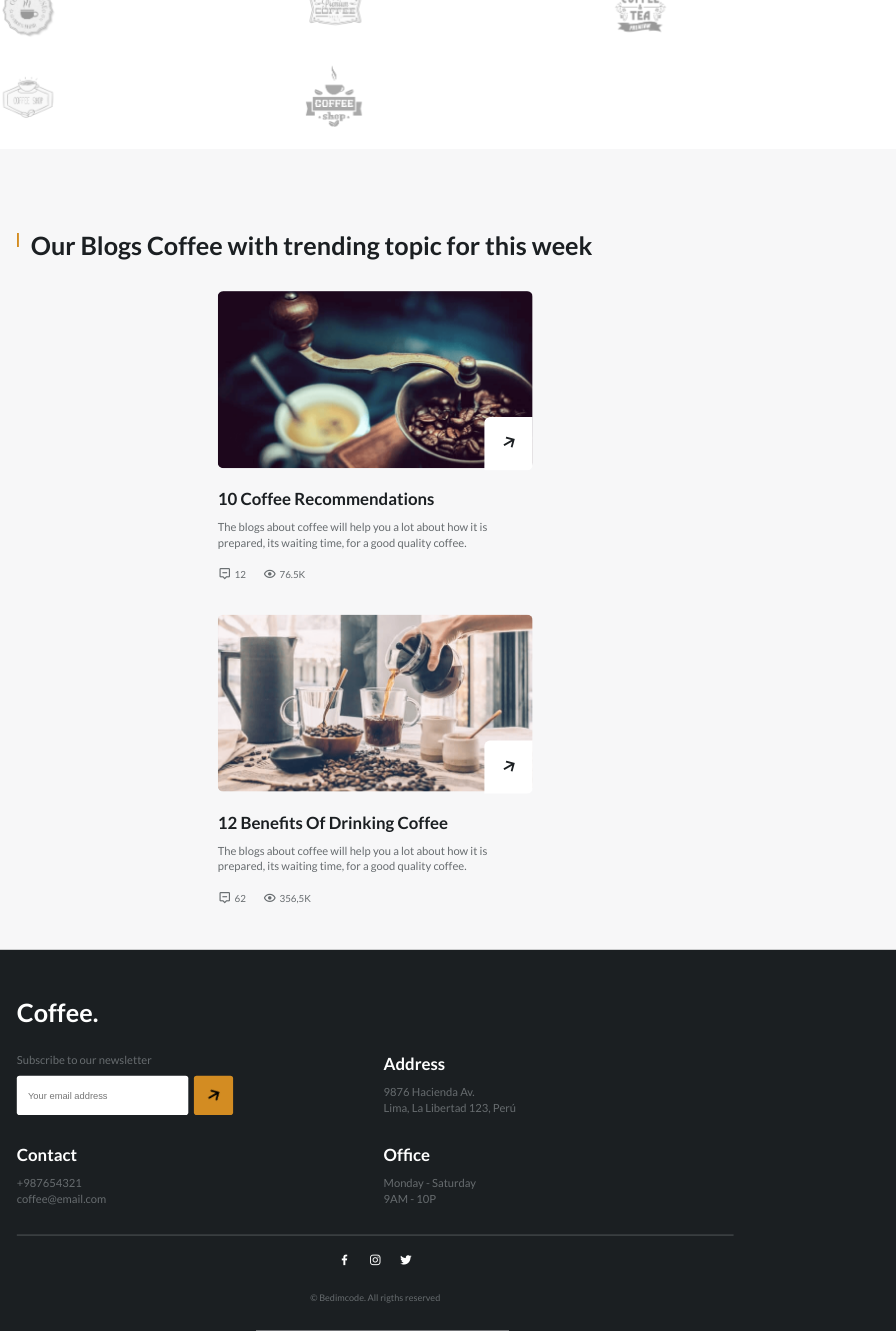
Repository: phong121020/coffee-responsive
Page: index.html
The author's editor kept a copy of each file at every save. The page is drawn from the files as they stood at one save, then again after the next save.
The browser window is 1280 px wide. The pictures show the part of the page from y = 3287 to 5207 px (the page is 5188 px tall before and 5207 px after), at 70% of full size.

Above is the page before, as saved 2022-03-08 17:31:08.

After the next save:
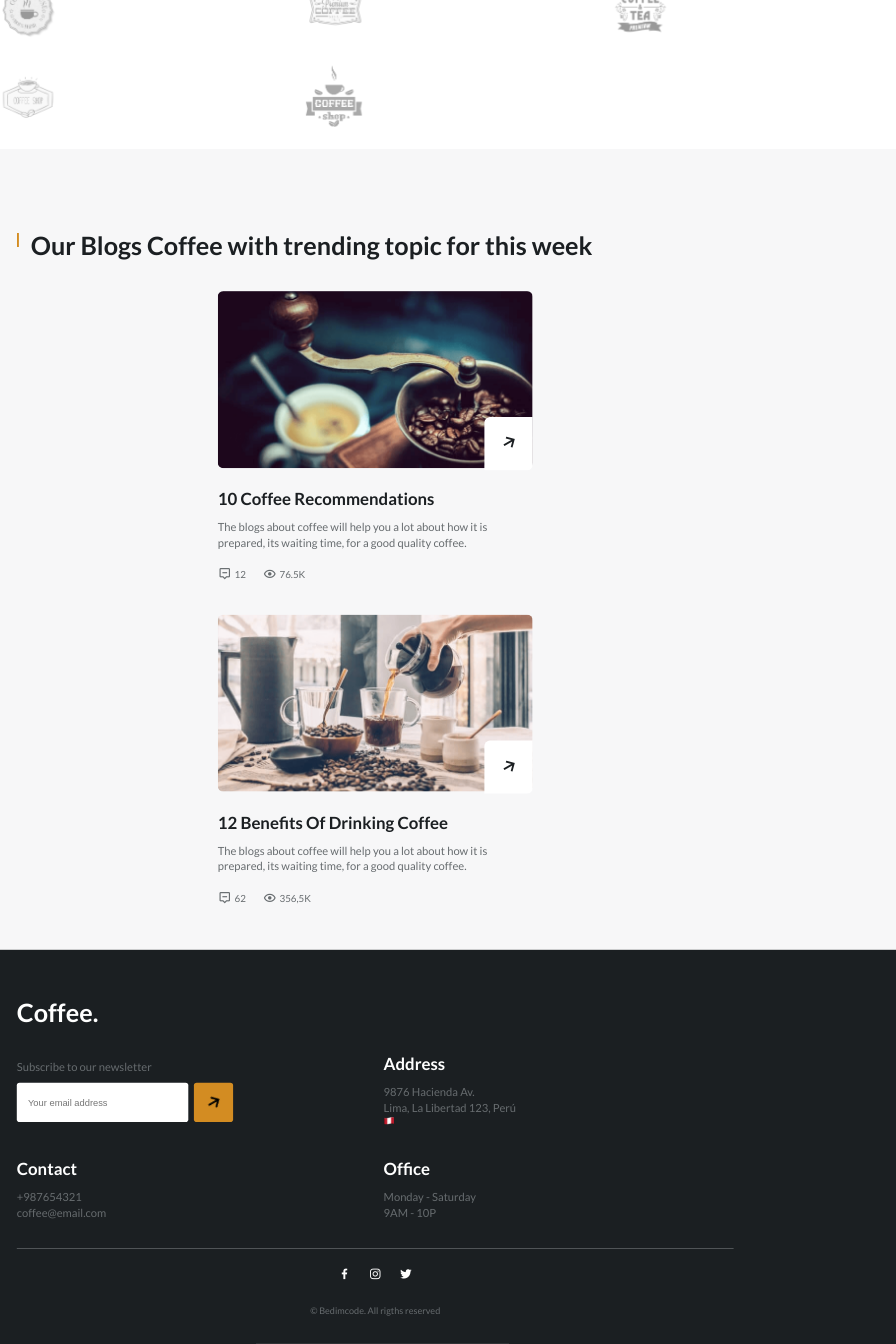
Saved 35 s later.
--- a/index.html
+++ b/index.html
@@ -483,6 +483,11 @@
                 9876 Hacienda Av. <br />
                 Lima, La Libertad 123, Perú
               </p>
+              <img
+                src="./assets/img/footerflag.png"
+                alt=""
+                class="footer__flag"
+              />
             </div>
 
             <div class="footer__data">

After the save that followed:
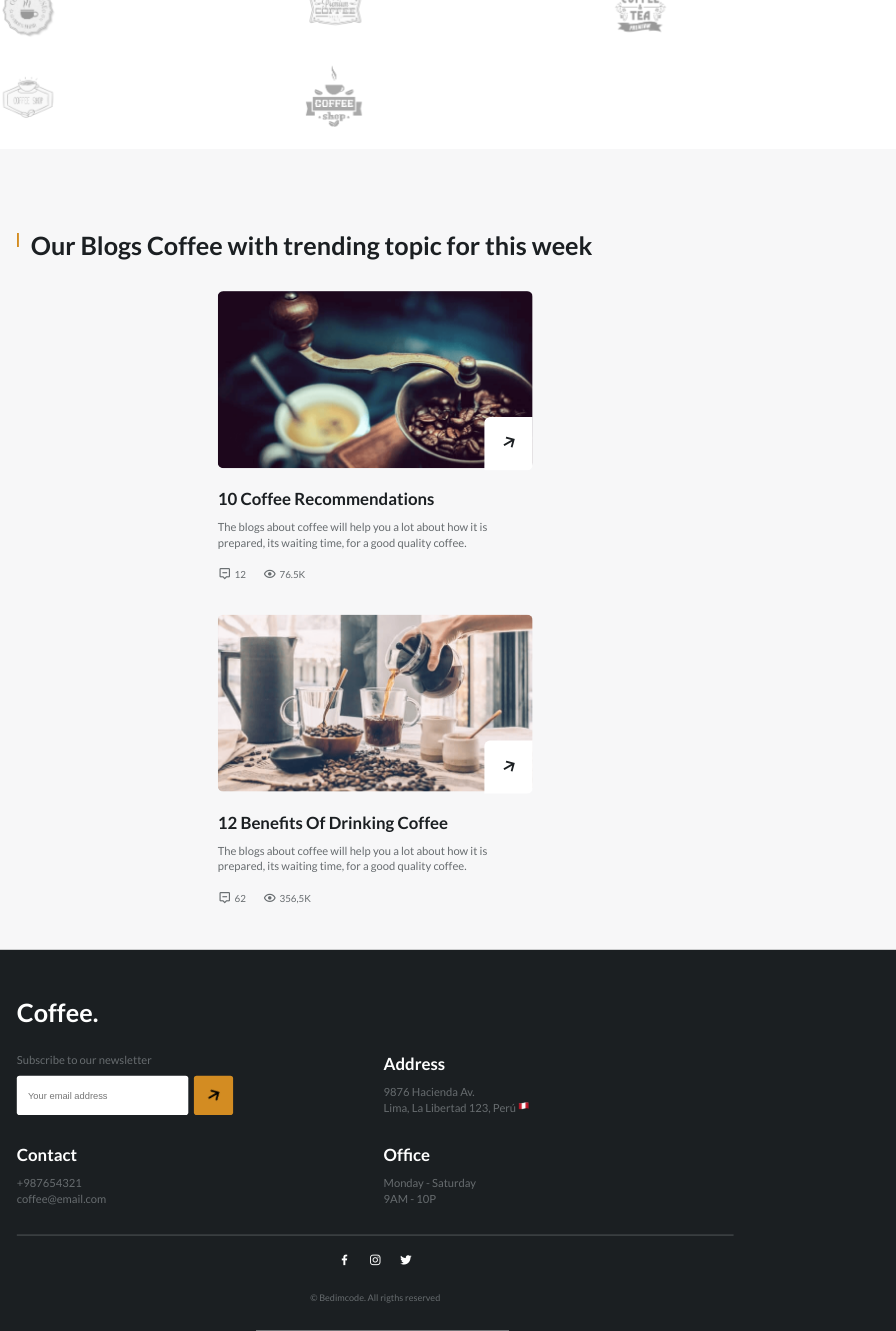
Saved 4 min 1 s later.
--- a/index.html
+++ b/index.html
@@ -482,12 +482,12 @@
               <p class="footer__information">
                 9876 Hacienda Av. <br />
                 Lima, La Libertad 123, Perú
-              </p>
-              <img
-                src="./assets/img/footerflag.png"
-                alt=""
-                class="footer__flag"
-              />
+                <img
+                  src="./assets/img/footerflag.png"
+                  alt=""
+                  class="footer__flag"
+                />
+              </p>
             </div>
 
             <div class="footer__data">
